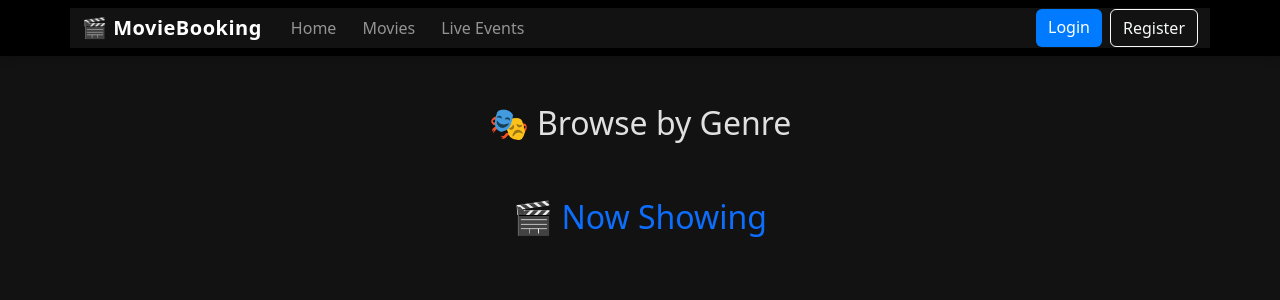
Repository: AshwinUgale/MovieBookingFrontend
Page: /movies
These files come from the project's save history. The page is drawn as it stood at one moment and after the next save; the edit follows.
The browser window is 1280 px wide. The pictures show the whole page.
The page's requests for data from a server got no answer. The project was rebuilt for these pictures with package versions that can differ from the ones it lists, and the page was loaded fresh each time. No one was signed in, and anything a server would have sent is missing. Also part of the build but not shown: src/components/HeroSection.js, src/components/TrendingMovies.js, src/components/CallToAction.js, src/components/TrendingEvents.js, src/pages/HomePage.js, src/pages/LoginPage.js, src/pages/RegisterPage.js, src/pages/DashboardPage.js and 11 more.

Above is the page before, as saved 2025-03-31 01:06:10.

After the next save:
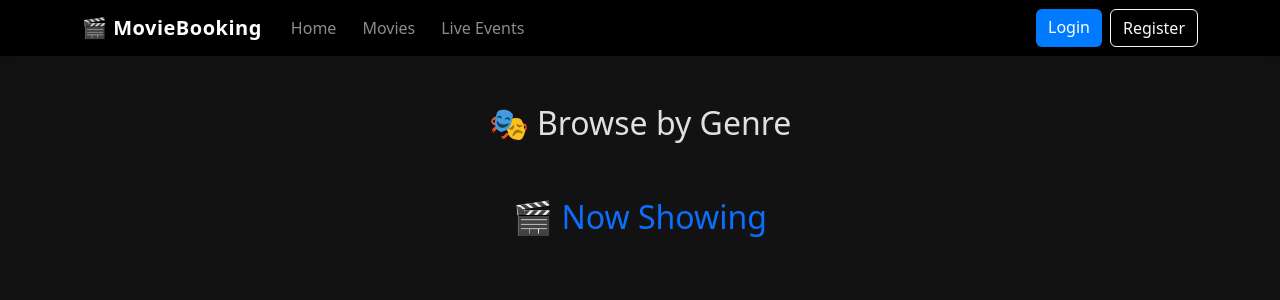
Saved 12 s later.
--- a/src/styles/DarkTheme.css
+++ b/src/styles/DarkTheme.css
@@ -144,3 +144,49 @@ h1, h2, h3, h4, h5, h6 {
 .shadow, .shadow-sm {
   box-shadow: 0 4px 12px rgba(0,0,0,0.4) !important;
 }
+
+/* Additional styles for Bootstrap elements */
+.jumbotron {
+  background-color: #1e1e1e !important;
+  color: #e0e0e0 !important;
+}
+
+.breadcrumb {
+  background-color: #1e1e1e !important;
+}
+
+.breadcrumb-item.active {
+  color: #e0e0e0 !important;
+}
+
+.breadcrumb-item + .breadcrumb-item::before {
+  color: #aaa !important;
+}
+
+/* Input groups */
+.input-group-text {
+  background-color: #2d2d2d !important;
+  border-color: #333 !important;
+  color: #e0e0e0 !important;
+}
+
+/* Fix for select elements */
+select.form-control,
+select.form-select {
+  background-color: #2d2d2d !important;
+  border-color: #333 !important;
+  color: #e0e0e0 !important;
+}
+
+/* Better container background targeting */
+.container:not(.hero-container .container) {
+  background-color: transparent;
+}
+
+/* Adjust button hover states for better visibility */
+.btn-outline-primary:hover,
+.btn-outline-success:hover,
+.btn-outline-danger:hover,
+.btn-outline-light:hover {
+  color: #fff !important;
+}
